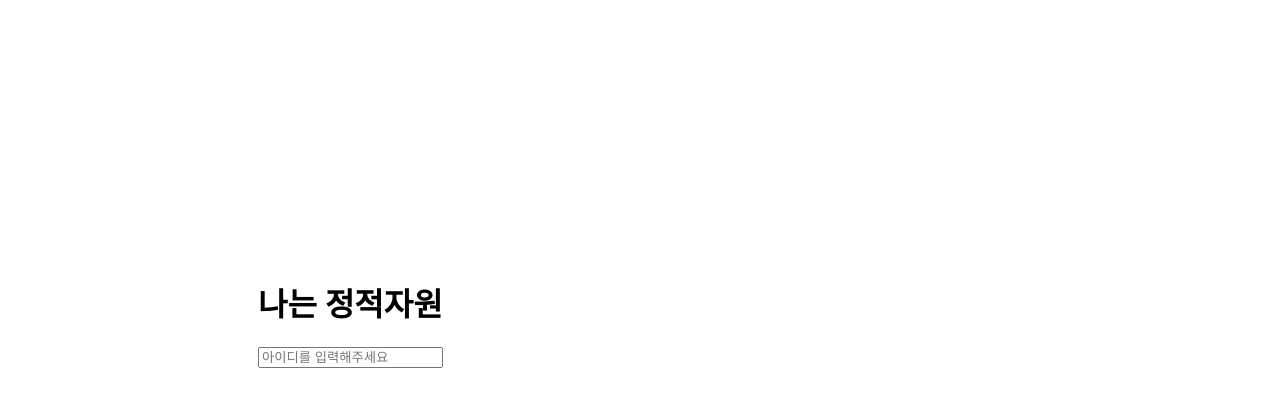
Repository: whgdkfk/web-workspace
Page: BurgerKingProject/src/main/webapp/static/Request_Page.html
The author's editor kept a copy of each file at every save. The page is drawn from the files as they stood at one save, then again after the next save.
The browser window is 1280 px wide. The pictures show the whole page.

Above is the page before, as saved 2025-03-07 08:44:13.

After the next save:
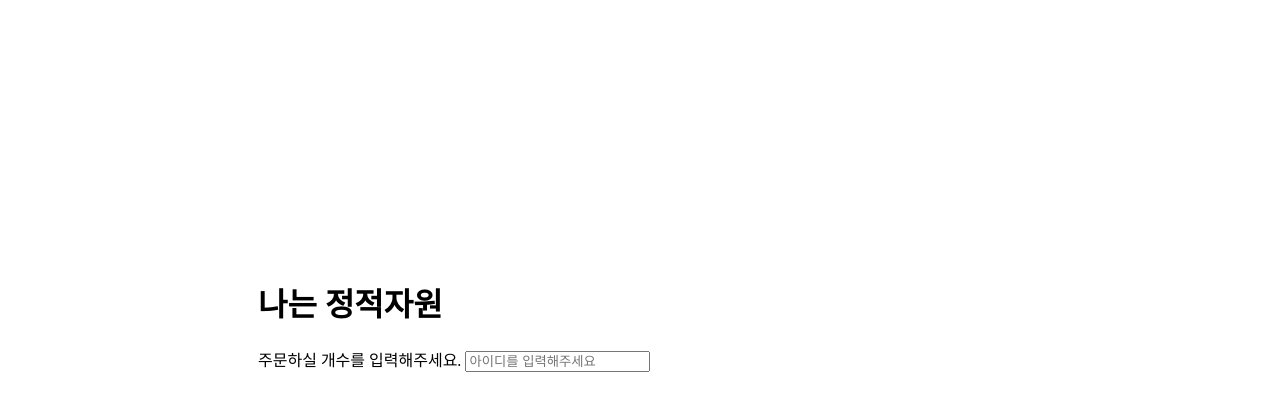
Saved 43 s later.
--- a/BurgerKingProject/src/main/webapp/static/Request_Page.html
+++ b/BurgerKingProject/src/main/webapp/static/Request_Page.html
@@ -17,6 +17,7 @@
 	String userId = sc.nextLine();
 	-->
 	<!-- ↓ 대체됨 -->
+	<span>주문하실 개수를 입력해주세요.</span>
 	<input type="text" placeholder="아이디를 입력해주세요"/>
 
 </body>
